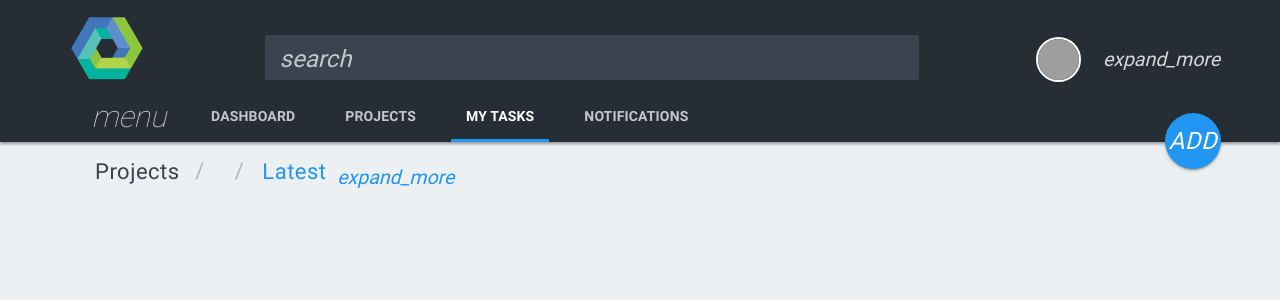
Repository: RenanChagas/ProjectManagement
Page: http://localhost/finalproject/WEB-INF/views/myTasks.jsp
These files come from the project's save history. The page is drawn as it stood at one moment and after the next save; the edit follows.
The browser window is 1280 px wide. The pictures show the whole page.
Pictures or frames that could not be fetched are drawn as grey boxes. The page is served by Tomcat 9. Nobody is signed in. Other server files are loaded and not shown. The template is opened directly, without the code that normally fills it, so the values that code supplies are empty.

Above is the page before, as saved 2017-11-25 21:23:24.

### finalproject/src/main/webapp/WEB-INF/views/myTasks.jsp
<%@ page language="java" contentType="text/html; charset=ISO-8859-1" pageEncoding="ISO-8859-1"%>
<%@ taglib prefix="c" uri="http://java.sun.com/jsp/jstl/core"%>
<%@ taglib prefix="form" uri="http://www.springframework.org/tags/form"%>
<%@ taglib prefix="t" uri="http://www.springframework.org/tags"%>
<%@ taglib prefix="fmt" uri="http://java.sun.com/jsp/jstl/fmt" %>


<!DOCTYPE html>
<html lang="en">
<head>
  <meta http-equiv="Content-Type" content="text/html; charset=UTF-8"/>
  <meta name="viewport" content="width=device-width, initial-scale=1, maximum-scale=1.0"/>
  <title>Project Management</title>

  <!-- CSS  -->
  <link href="https://fonts.googleapis.com/icon?family=Material+Icons" rel="stylesheet">
  <link type="text/css" rel="stylesheet" media="screen,projection" href="<c:url value='/static/css/materialize.css' />"/>
  <link type="text/css" rel="stylesheet" media="screen,projection" href="<c:url value='/static/css/custom-css.css' />"/>

  <!--  Scripts-->
  <script src="<c:url value="/static/js/jquery-2.1.1.min.js" />"></script>
  <script src="<c:url value="/static/js/materialize.js" />"></script>
  <script src="<c:url value="/static/js/menu.js" />"></script>

  <!-- Website Logo -->
  <link rel="icon" href="<c:url value="/static/images/default/logo.png"/>">

  <script>
    $(document).ready(function(){
    	$('.modal').modal();
    });
  </script>

</head>
<body>
<c:set var="contextPath" value="${pageContext.request.contextPath}"/>
	<!-- NAV TOP  -->
	<nav id="logo_nav" class="MDC-navbar-style MDC-shadow-0 hide-on-small-and-down">
    	<div class="nav-wrapper MDC-nav-margin">
    		<!--  NAV CONTAINER -->
      		<div class="row MDC-nav-top-container ">

        	<!-- Logo -->
        	<div class="col s12 m3 l2">
          		<div class="MDC-nav-logo-position">
          			<img src="<c:url value="/static/images/default/logo.png"/>" class="MDC-nav-logo-size"/>
          		</div>
        	</div>

        	<!-- Search -->
        	<div class="col s12 m7 l7">
          		<div class="MDC-nav-search-position">
            	<form>
              		<div class="input-field">
                		<input id="search" type="search" class="MDC-nav-search-focus" required>
                		<label class="label-icon" for="search"><i class="material-icons MDC-nav-search-focus">search</i></label>
                  		<i class="material-icons MDC-nav-search-focus">close</i>
              		</div>
            	</form>
          		</div>
        	</div>

        	<!-- Avatar -->
        	<div class="col s12 m2 l3">
          		<div class="MDC-nav-account-position">
	            	<!-- Dropdown Trigger -->
	            	<a class="dropdown-button " data-beloworigin="true"
	               		href='#' data-activates='account-dropdown'>
	               		<div class="MDC-nav-account-option-position hide-on-med-and-down">
	                		 <i class="material-icons MDC-icon-small MDC-color-grey-light">expand_more</i>
	               		</div>
	               		<span class="MDC-login-text MDC-nav-account-text-position
	               					MDC-color-grey-light hide-on-med-and-down">
	                 	${user.username}
	               		</span>
	               		<img src="<c:url value="/static/images/avatar/${user.username}/${user.username}.png"/>"
	               				class="MDC-avatar-circle-small mdc-nav-avatar-position"/>
	            	</a>
	            	<!-- Dropdown Structure -->
	            	<ul id='account-dropdown' class='dropdown-content MDC-nav-account-dropdown-position'>
	              		<li><a id="profile" class="modal-trigger MDC-color-grey-dark-2 MDC-font-15" href="${contextPath}/profile">Profile</a></li>
	              		<li><a class="MDC-color-grey-dark-2 MDC-font-15" href="#!">Report a Problem</a></li>
	              		<li class="divider"></li>
	              		<li><a class="MDC-color-grey-dark-2 MDC-font-15" href="${contextPath}/logout">Logout</a></li>
	            	</ul>
          		</div>
        	</div>

			</div>
			<!--  NAV CONTAINER - END-->
		</div>
	</nav>
	<!-- NAV TOP - END -->

  <!-- NAV MENU  -->
  <div class="MDC-menu-fullWidth">
    <div class="MDC-shadow-bottom">
      <header class="MDC-shadow-bottom">
        <nav id="menu_nav" class="MDC-navbar-menu-size MDC-navbar-style MDC-shadow-0 MDC-nav-margin">
          <div class="nav-wrapper MDC-nav-margin MDC-left">
            <!-- MENU ROW -->
            <div class="row">
              <div class="col">
                <div class="MDC-nav-menu-container">

                  <ul id="nav-mobile" class="MDC-nav-menu-ul left left-align">
                    <a href="#" id="mobile-icon" onclick="openNav()" class="left MDC-padding-mobile-0
                    MDC-hover-none">
                      <i class="material-icons MDC-nav-tabs-icon MDC-color-grey-light">
                        menu
                      </i>
                    </a>
                    <li class="MDC-navbar-menu"><a href="${contextPath}/dashboard">Dashboard</a></li>
                    <li class="MDC-navbar-menu"><a href="${contextPath}/projects">Projects</a></li>
                    <li class="MDC-navbar-menu"><a class="active MDC-navbar-active" href="#!">My Tasks</a></li>
                    <li class="MDC-navbar-menu"><a href="${contextPath}/notification">Notifications

                      </a>
                    </li>
                  </ul>
                  <div id="mySidenav" class="MDC-sidenav">
                    <a href="javascript:void(0)" class="MDC-closebtn" onclick="closeNav()">x</a>
                    <a href="${contextPath}/dashboard">Dashboard</a>
                    <a href="${contextPath}/projects">Projects</a>
                    <a href="${contextPath}/myTasks">My Tasks</a>
                    <a href="${contextPath}/notification">Notifications</a>
                    <a href="${contextPath}/profile">Profile</a>
                    <a href="${contextPath}/logout">Logout</a>
                  </div>

                </div>
              </div>
            </div>
            <!-- MENU ROW - END -->
          </div>
        </nav>
      </header>
    </div>
  </div>
  <!-- NAV MENU - END -->

<!-- TITLE ROW -->
<div class="row  MDC-page-center MDC-page-container">
	<!-- TITLE -->
  <div class="col MDC-padding-0 left">
    <div class="MDC-page-title-size">
      <font class="MDC-h5-style MDC-color-grey-dark-2 MDC-display-inline hide-on-small-and-down">Projects</font>
      <font class="MDC-h5-style MDC-color-grey-light-2 MDC-display-inline MDC-relative
                   MDC-news-counterBar-position hide-on-small-and-down">/
      </font>
      <font class="MDC-h5-style MDC-color-grey-dark-2 MDC-display-inline hide-on-small-and-down">${project.projectName}</font>
      <font class="MDC-h5-style MDC-color-grey-light-2 MDC-display-inline MDC-relative
                   MDC-news-counterBar-position hide-on-small-and-down">/
      </font>
      <font class="MDC-h5-style MDC-color-blue MDC-display-inline">Latest</font>
      <i class="material-icons MDC-icon-small MDC-color-blue
                MDC-news-expand-icon-position MDC-relative">expand_more</i>
    </div>
  </div>
  <!-- ADD TASK -->
  <div class="right MDC-margin-right50">
    <a href="#modalTask"
      class="btn-floating btn-large waves-effect MDC-absolute right
            MDC-background-blue MDC-General-floatbtn-position">
      <i class="material-icons">add</i>
    </a>
  </div>


	<!-- MODAL -->
	<div id="modalTask" class="modal MDC-modal-fullScreen">
  	<a href="#!" class="modal-action modal-close btn-floating btn-large
                      waves-effect MDC-background-black-light right
                      MDC-modal-close-btn-position">
        <i class="material-icons">close</i>
    </a>

    <!-- CONTAINER -->
    <div class="MDC-center-container MDC-margin-left120">
        <div class="row">
            <!-- TEST -->
            <div class="col s12 m6 l6 MDC-padding-0 MDC-modal-margin MDC-modal-max-size left">
                <!-- Image -->
                <a href="#">
                    <div class="row center MDC-margin-top20">
                        <img src="<c:url value="/static/images/default/tasks/test.png"/>"
                        class="MDC-avatar-circle-medium MDC-shadow-default"/>
                    </div>
                </a>
                <!-- Task Title -->
                <div class="row center MDC-margin-bottom8">
                    <font class="truncate MDC-font-15 MDC-color-grey-dark-2 MDC-font-h1">
                        Test
                    </font>
                </div>
                <!-- Task Description -->
                <div class="row center MDC-margin-bottom40 MDC-modal-description-size">
                    <font class="truncate MDC-font-16-2 MDC-color-grey MDC-font-h1
                        MDC-uppercase-none MDC-font-description MDC-font-weight-400">
                        Store and create the case tests activities
                    </font>
                </div>
                <!-- Task button -->
                <div class="row center MDC-margin-bottom-10">
                    <a  href="<c:url value="/task/create?id=${project.id}&taskType=1" />"
										class="btn waves-effect waves-light blue MDC-form-text">Create Task</a>
                </div>
            </div>
            <!-- TEST-END-->
            <!-- BUG -->
            <div class="col col s12 m6 l6 MDC-padding-0 MDC-modal-margin MDC-modal-max-size right">
                <!-- Image -->
                <a href="#">
                    <div class="row center MDC-margin-top20">
                        <img src="<c:url value="/static/images/default/tasks/error.png"/>"
                            class="MDC-avatar-circle-medium MDC-shadow-default"/>
                    </div>
                </a>
                <!-- Task Title -->
                <div class="row center MDC-margin-bottom8">
                    <font class="truncate MDC-font-15 MDC-color-grey-dark-2 MDC-font-h1">
                        BUG
                    </font>
                </div>
                <!-- Task Description -->
                <div class="row center MDC-margin-bottom40 MDC-modal-description-size">
                    <font class="truncate MDC-font-16-2 MDC-color-grey MDC-font-h1
                        MDC-uppercase-none MDC-font-description MDC-font-weight-400">
                        Report issues found during test activities
                    </font>
                </div>
                <!-- Task button -->
                <div class="row center MDC-margin-bottom-10">
                	<a  href="<c:url value="/task/create?id=${project.id}&taskType=2" />"
										class="btn waves-effect waves-light blue MDC-form-text">Create Task</a>
                </div>
            </div>
            <!-- BUG-END -->
        </div>
    </div>
    <!-- CONTAINER-END-->
	</div>
<!-- MODAL-END-->
</div>
<!-- TITLE ROW - END -->

<div class="MDC-page-center MDC-page-container">
	<div class="row MDC-page-margin-top">

 		<!-- TASKS -->
		<c:forEach items="${task}" var="tasks">
			<div class="col MDC-padding-0 MDC-margin-right40 MDC-margin-bottom30">
				<!-- CARD -->
				<c:choose>
					<c:when test="${tasks.state=='1'}">
						<c:set var="backgroundColorIcon" value="MDC-background-blue" />
						<c:set var="floatIcon" value="query_builder" />
					</c:when>
					<c:when test="${tasks.state=='2'}">
						<c:set var="backgroundColorIcon" value="green" />
						<c:set var="floatIcon" value="done_all" />
					</c:when>
					<c:when test="${tasks.state=='3'}">
						<c:set var="backgroundColorIcon" value="materialize-red" />
						<c:set var="floatIcon" value="clear" />
					</c:when>
					<c:when test="${tasks.state=='4'}">
						<c:set var="backgroundColorIcon" value="materialize-red" />
						<c:set var="floatIcon" value="block" />
					</c:when>
				</c:choose>

				<div class="MDC-card MDC-course-card-size"  onclick="<t:url value="/task/details?id=${tasks.id}&projectId=${project.id}" />">
					<a href=" <t:url value="/task/details?id=${tasks.id}&projectId=${project.id}" /> "
						class="btn-floating btn waves-effect  MDC-absolute  right MDC-category-floatbtn-position ${backgroundColorIcon}">
			  		<i class="material-icons">${floatIcon}</i>
			  	</a>

			  	<!-- Image -->
				  <a href=" <t:url value="/task/details?id=${tasks.id}&projectId=${project.id}" /> ">
				  <div class="row center MDC-margin-top20">
				  	<img src="<c:url value="/static/images/default/tasks/${tasks.icon}.png"/>"
				    	class="MDC-avatar-circle-large MDC-shadow-default"/>
				  </div>
				  </a>

				  <!-- Title -->
					<div class="row center MDC-margin-bottom-10">
				  	<font class="truncate MDC-font-15 MDC-color-grey-dark-2 MDC-font-h1">
				    	${tasks.taskType.type}
				    </font>
					</div>

					<!-- Description -->
       	<div class="row center MDC-margin-bottom-10">
        	<font class="truncate MDC-font-16-2 MDC-color-grey MDC-font-h1 MDC-uppercase-none">
          	${tasks.name}
          </font>
      	</div>

      	<!-- Project Date -->
        <div class="row MDC-margin-top10 MDC-width-80perc">
        <div class="MDC-divider"></div>
        	<font class="truncate MDC-font-16-2 MDC-uppercase-none MDC-font-h1 MDC-color-grey-dark-2">
          	Due Date:
         	</font>
        	<font class="MDC-color-grey">
        		<fmt:formatDate pattern="dd/MM/yyyy" value="${tasks.dueDate}" />
        	</font>
    		</div>

				</div>
			</div>
		</c:forEach>
		<!-- TASKS-END-->

	</div>
</div>

</body>
</html>

Loaded but not shown: finalproject/src/main/webapp/static/css/materialize.css (library); finalproject/src/main/webapp/static/js/jquery-2.1.1.min.js (library); finalproject/src/main/webapp/static/js/materialize.js (library); finalproject/src/main/webapp/static/js/menu.js (49 lines, source omitted); finalproject/src/main/webapp/static/css/custom-css.css (1593 lines, source omitted)

After the next save:
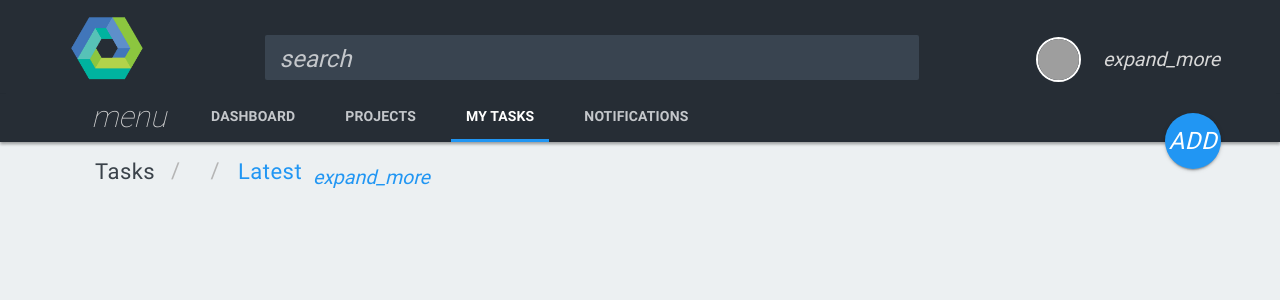
Saved 5 min 55 s later.
--- a/finalproject/src/main/webapp/WEB-INF/views/myTasks.jsp
+++ b/finalproject/src/main/webapp/WEB-INF/views/myTasks.jsp
@@ -144,7 +144,7 @@
 	<!-- TITLE -->
   <div class="col MDC-padding-0 left">
     <div class="MDC-page-title-size">
-      <font class="MDC-h5-style MDC-color-grey-dark-2 MDC-display-inline hide-on-small-and-down">Projects</font>
+      <font class="MDC-h5-style MDC-color-grey-dark-2 MDC-display-inline hide-on-small-and-down">Tasks</font>
       <font class="MDC-h5-style MDC-color-grey-light-2 MDC-display-inline MDC-relative
                    MDC-news-counterBar-position hide-on-small-and-down">/
       </font>
